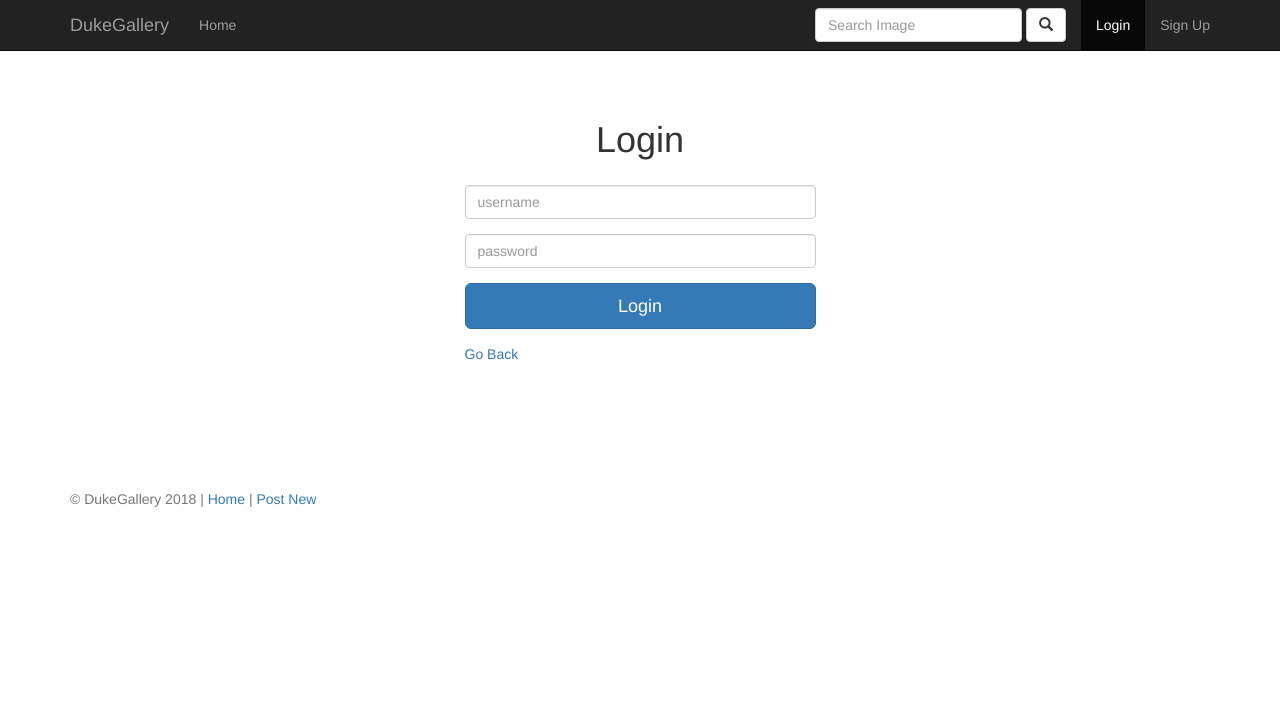
Repository: zhangsi929/Duke_gallery
Page: http://localhost/login
The author's editor kept a record of every edit. The page is drawn from the files as they stood at one moment, then again after the next edit.
The browser window is 1280 px wide. The pictures show the whole page.
Some web libraries are served in a nearby version. The page is served by the project's Node server (app.js). Other server files are loaded and not shown.

Above is the page before.

### views/login.ejs
<% include ./partials/header %>
<div class="row">
    <h1 style="text-align: center">Login</h1>
    <div style="width: 30%; margin: 25px auto;">
        <form action="/login" method="post">
            <div class="form-group">
                <input class="form-control" type="text" name="username" placeholder="username">
            </div>
            <div class="form-group">
                <input class="form-control" type="password" name="password" placeholder="password">
            </div>
            <div class="form-group">
                <button class="btn btn-lg btn-primary btn-block">Login</button>
            </div>
        </form>
        <a href="/gallery">Go Back</a>
    </div>
</div>

<% include ./partials/footer %>

### views/partials/header.ejs
<!DOCTYPE html>
<html>
    <head>
        <!-- Make site responsive on mobile/tablet -->
        <meta name="viewport" content="width=device-width, initial-scale=1">
        <title>Duke Gallery</title>
        <link rel="stylesheet" href="https://maxcdn.bootstrapcdn.com/bootstrap/3.3.7/css/bootstrap.min.css">
        <link rel="stylesheet" href="/stylesheets/main.css">
    </head>
    <body>
        <nav class="navbar navbar-inverse navbar-fixed-top">
        <!--<nav class="navbar navbar-default">-->
            <div class="container">
                <div class="navbar-header">
                    <button type="button" class="navbar-toggle collapsed" data-toggle="collapse" data-target="#navbar" aria-expanded="false" aria-controls="navbar">
                      <span class="sr-only">Toggle navigation</span>
                      <span class="icon-bar"></span>
                      <span class="icon-bar"></span>
                      <span class="icon-bar"></span>
                    </button>

                    <a class="navbar-brand" href="/">DukeGallery</a>
                </div>
                <div id="navbar" class="collapse navbar-collapse">
                  <ul class="nav navbar-nav">
                    <li class="<%= typeof page !== 'undefined' && page === 'gallery' ? 'active' : '' %>"><a href="/gallery">Home</a></li>
                  </ul>
                  <ul class="nav navbar-nav navbar-right">
                          <li>
                            <form class="navbar-form" action = "/gallery" method="GET" >
                            <input type="text" name = "search" class="form-control" placeholder="Search Image">
                            <button type="submit" value = "Search" class="btn btn-default"><i class="glyphicon glyphicon-search"></i></button>
                            </form>
                          </li>
                      <% if(!currentUser){ %>
                          <li class="<%= typeof page !== 'undefined' && page === 'login' ? 'active' : '' %>"><a href="/login">Login</a></li>
                          <li class="<%= typeof page !== 'undefined' && page === 'register' ? 'active' : '' %>"><a href="/register">Sign Up</a></li>
                      <% } else { %>
                          <li><a href="#">Signed In As <%= currentUser.username %></a></li>
                          <li><a href="/logout">Logout</a></li>
                      <% } %>
                  </ul>
                </div>
            </div>
        </nav>

        <div class="container" ,style="margin: 100px auto;">
            <% if(error && error.length > 0){ %>
                <div class="alert alert-danger" role="alert">
                    <%= error %>
                </div>
            <% } %>
            <% if(success && success.length > 0){ %>
                <div class="alert alert-success" role="alert">
                    <%= success %>
                </div>
            <% } %>
        </div>
        <!--, style="margin: 100px auto;"-->
        <div class="container", style="margin: 100px auto;">

### views/partials/footer.ejs
    </div><!-- /.container -->
    <footer class="footer">
          <div class="container">
            <p class="text-muted">&copy; DukeGallery 2018 | <a href="/gallery">Home</a> | <a href="/gallery/new">Post New</a></p>
          </div>
    </footer>
    <!-- jQuery CDN -->
<script
  src="https://code.jquery.com/jquery-3.1.1.min.js"
  integrity="sha256-hVVnYaiADRTO2PzUGmuLJr8BLUSjGIZsDYGmIJLv2b8="
  crossorigin="anonymous"></script>

<!-- Bootstrap JS CDN -->
<script src="https://maxcdn.bootstrapcdn.com/bootstrap/3.3.7/js/bootstrap.min.js" integrity="sha384-Tc5IQib027qvyjSMfHjOMaLkfuWVxZxUPnCJA7l2mCWNIpG9mGCD8wGNIcPD7Txa" crossorigin="anonymous"></script>
    </body>
</html>

### app.js
//=====main======
var express = require("express");
var app = express();
var bodyParser = require("body-parser");
var mongoose = require("mongoose");
//model import
var Image  = require("./models/image");
var Comment = require("./models/comment");
var passport    = require("passport");
var LocalStrategy = require("passport-local");
var methodOverride = require("method-override");
var User        = require("./models/user");
var seedDB = require("./seeds");
var flash       = require("connect-flash");
//requring routes
var commentRoutes    = require("./routes/comments"),
    galleryRoutes = require("./routes/gallery"),
    indexRoutes      = require("./routes/index")

//mongoose.connect("mongodb://localhost/dukegallery");
mongoose.connect("mongodb://Si:zhangsi110@ds257627.mlab.com:57627/dukegallery");
app.use(bodyParser.urlencoded({extended: true}));
app.set("view engine", "ejs");
app.use(express.static(__dirname + "/public"));
app.use(methodOverride("_method"));
app.use(flash());
//seedDB();
app.locals.moment = require('moment');

// PASSPORT CONFIGURATION
app.use(require("express-session")({
    secret: "Once again Rusty wins cutest dog!",
    resave: false,
    saveUninitialized: false
}));
app.use(passport.initialize());
app.use(passport.session());
passport.use(new LocalStrategy(User.authenticate()));
passport.serializeUser(User.serializeUser());
passport.deserializeUser(User.deserializeUser());

app.use(function(req, res, next){
   res.locals.currentUser = req.user;
   res.locals.error = req.flash("error");
   res.locals.success = req.flash("success");
   next();
});

// ROUTES
app.use("/", indexRoutes);
app.use("/gallery", galleryRoutes);
app.use("/gallery/:id/comments", commentRoutes);

app.listen(process.env.PORT, process.env.IP, function(){
   console.log("The DukeGallery Server Has Started!");
});

### routes/index.js
var express = require("express");
var router  = express.Router({mergeParams: true});

router.get("/", function(req, res){
    res.render("landing");
});
var passport = require("passport");
var User = require("../models/user");
//  ===========
// AUTH ROUTES
//  ===========

// show register form
router.get("/register", function(req, res){
   //res.render("register");
   res.render("register", {page: 'register'});
});
//handle sign up logic
router.post("/register", function(req, res){
    var newUser = new User({username: req.body.username});
    User.register(newUser, req.body.password, function(err, user){
        // if(err){
        //     req.flash("error", err.message);
        //     return res.render("register");
        // }
        if(err){
            console.log(err);
            return res.render("register", {error: err.message});
        }
        passport.authenticate("local")(req, res, function(){
            req.flash("success", "Welcome to DukeGallery " + user.username);
          res.redirect("/gallery");
        });
    });
});
// show login form
router.get("/login", function(req, res){
   //res.render("login");
   res.render("login", {page: 'login'});
});
// handling login logic
router.post("/login", passport.authenticate("local",
    {
        successRedirect: "/gallery",
        failureRedirect: "/login"
    }), function(req, res){
});
// logout route
router.get("/logout", function(req, res){
   req.logout();
   req.flash("success", "Logged you out!");
   res.redirect("/gallery");
});


module.exports = router;

### public/stylesheets/main.css
.thumbnail img {
    width: 100%;
}


.thumbnail {
    padding: 0;
}

.thumbnail .caption-full {
    padding: 9px;
}
.body {
    padding-top: 65px;
}
#delete-form {
    display: inline;
}
/* Google Maps */
#map {
    height: 400px;
    width: 100%;
}
.jumbotron{
  position: relative;
    overflow: hidden;
    /*height: 200px;*/
 /*background-image: url("http://nasher.duke.edu/wp-content/themes/nasher/images/background.jpg");*/
 background-image: url("/image/haha.jpg");
 background-size: cover;
 color: #000000;
  /* Tried setting the height. Didnt work either */
  /* height: 200px; */
}
.jumbotron1{
  position: relative;
    overflow: hidden;
    height: 300px;

  /* Tried setting the height. Didnt work either */
  /* height: 200px; */
}
.container1 {
  position: relative;
  color: #000000;
  z-index: 2;
}
#video-background{
  position: absolute;
  height: auto;
  width: auto;
  min-height: 100%;
  min-width: 100%;
  left: 50%;
  top: 50%;
  -webkit-transform: translate3d(-50%, -50%, 0);
  transform: translate3d(-50%, -50%, 0);
  z-index: 1;
}


#footer{
    display: table;
    text-align: center;
    margin-left: auto;
    margin-right: auto;
}

After the next edit:
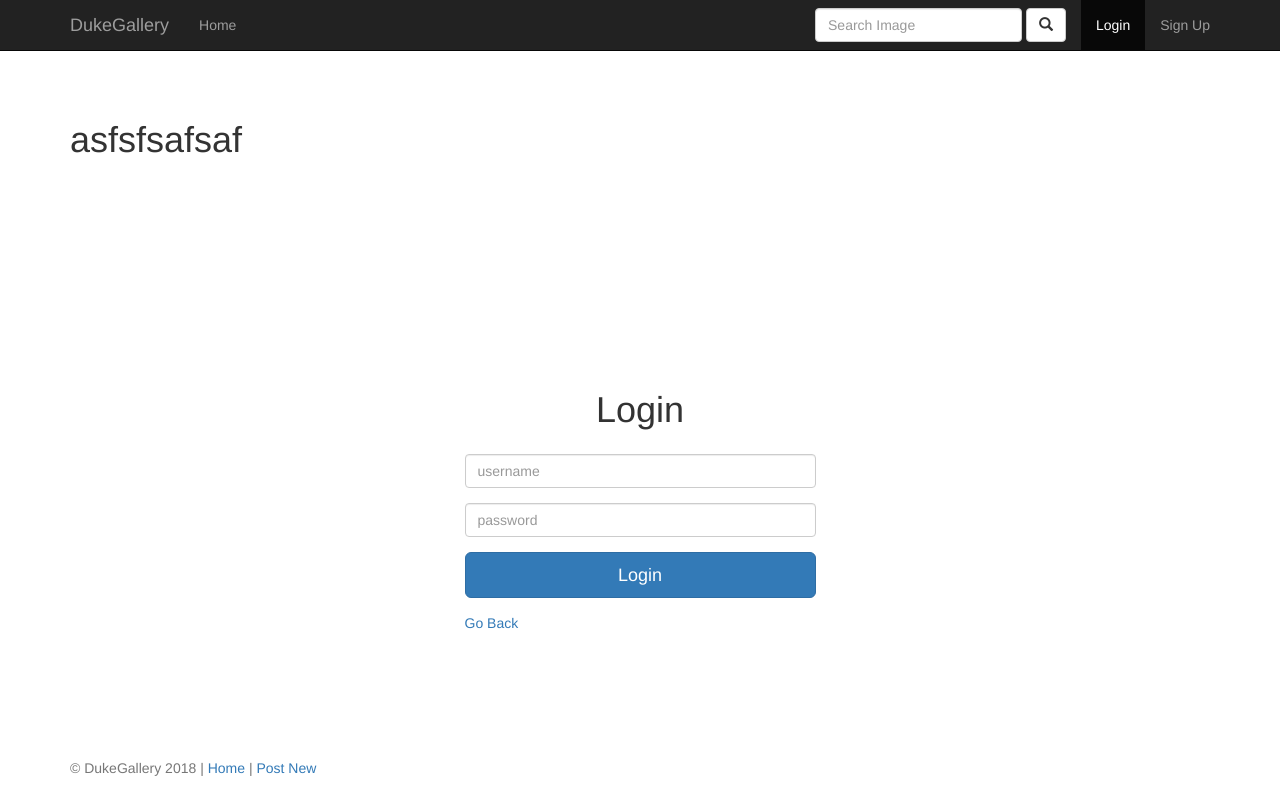
The edit:
--- a/views/partials/header.ejs
+++ b/views/partials/header.ejs
@@ -43,7 +43,9 @@
                 </div>
             </div>
         </nav>
-
+        <div class="container", style="margin: 100px auto;">
+        <h1>asfsfsafsaf</h1>
+        </div>
         <div class="container" ,style="margin: 100px auto;">
             <% if(error && error.length > 0){ %>
                 <div class="alert alert-danger" role="alert">
